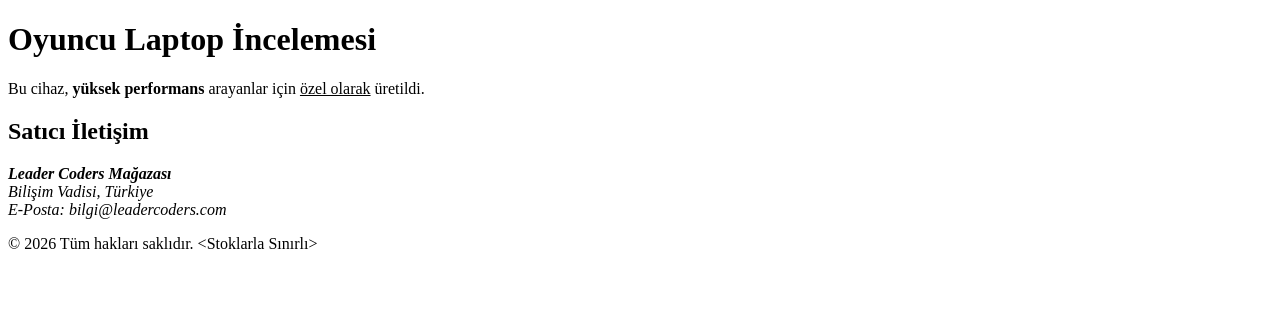
Repository: BeritanBlgn/web-yazilim-muhendisligi
Page: Modul_1/Ders_3/1.3.6_gorev2.html
The author's editor kept a copy of each file at every save. The page is drawn from the files as they stood at one save, then again after the next save.
The browser window is 1280 px wide. The pictures show the whole page.

Above is the page before, as saved 2026-10-09 22:38:53.

After the next save:
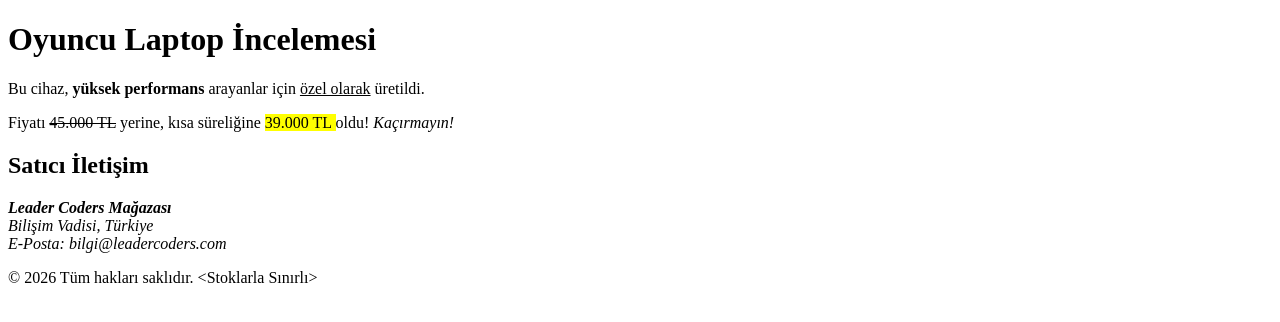
Saved 5 s later.
--- a/Modul_1/Ders_3/1.3.6_gorev2.html
+++ b/Modul_1/Ders_3/1.3.6_gorev2.html
@@ -14,6 +14,10 @@
         <u>özel olarak</u> üretildi. <br>
 
     </p>
+    <p>
+         Fiyatı <del>45.000 TL</del> yerine, kısa süreliğine <mark>
+            39.000 TL </mark>oldu! <em>Kaçırmayın!</em>
+    </p>
     <h2>Satıcı İletişim</h2>
     <address>
         <strong>
